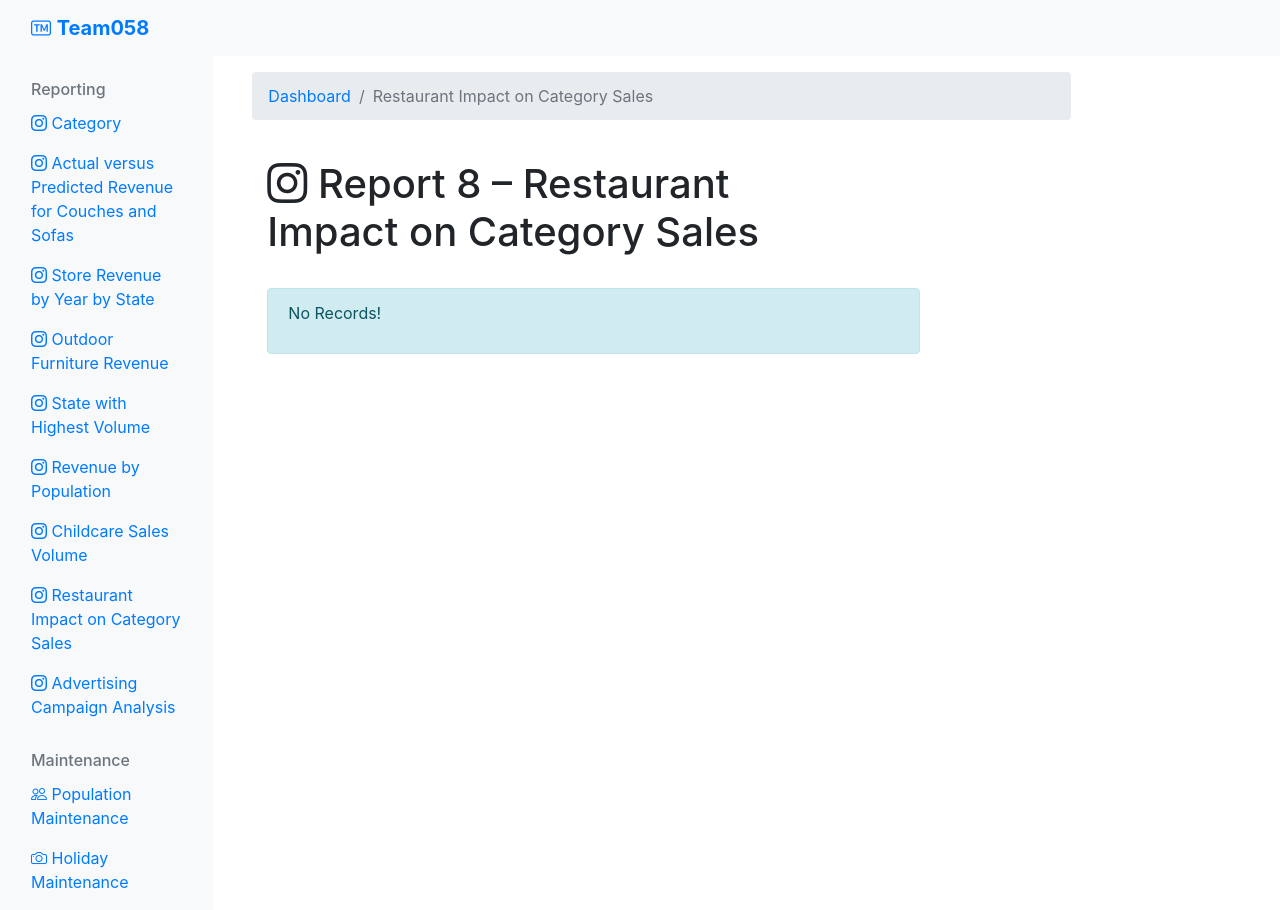
Repository: tex216/Relational-Database-Design-for-Sales-Reporting-System
Page: http://localhost/reporting/report8_restaurant_impact_on_category_sales/
These files come from the project's save history. The page is drawn as it stood at one moment and after the next save; the edit follows.
The browser window is 1280 px wide. The pictures show the whole page.
Some web libraries are served in a nearby version. The page is served by the project's application, run on Django 3.2 (manage.py). Queries for data that is not in the repository find no rows.

Above is the page before, as saved 2021-04-03 19:55:42.

After the next save:
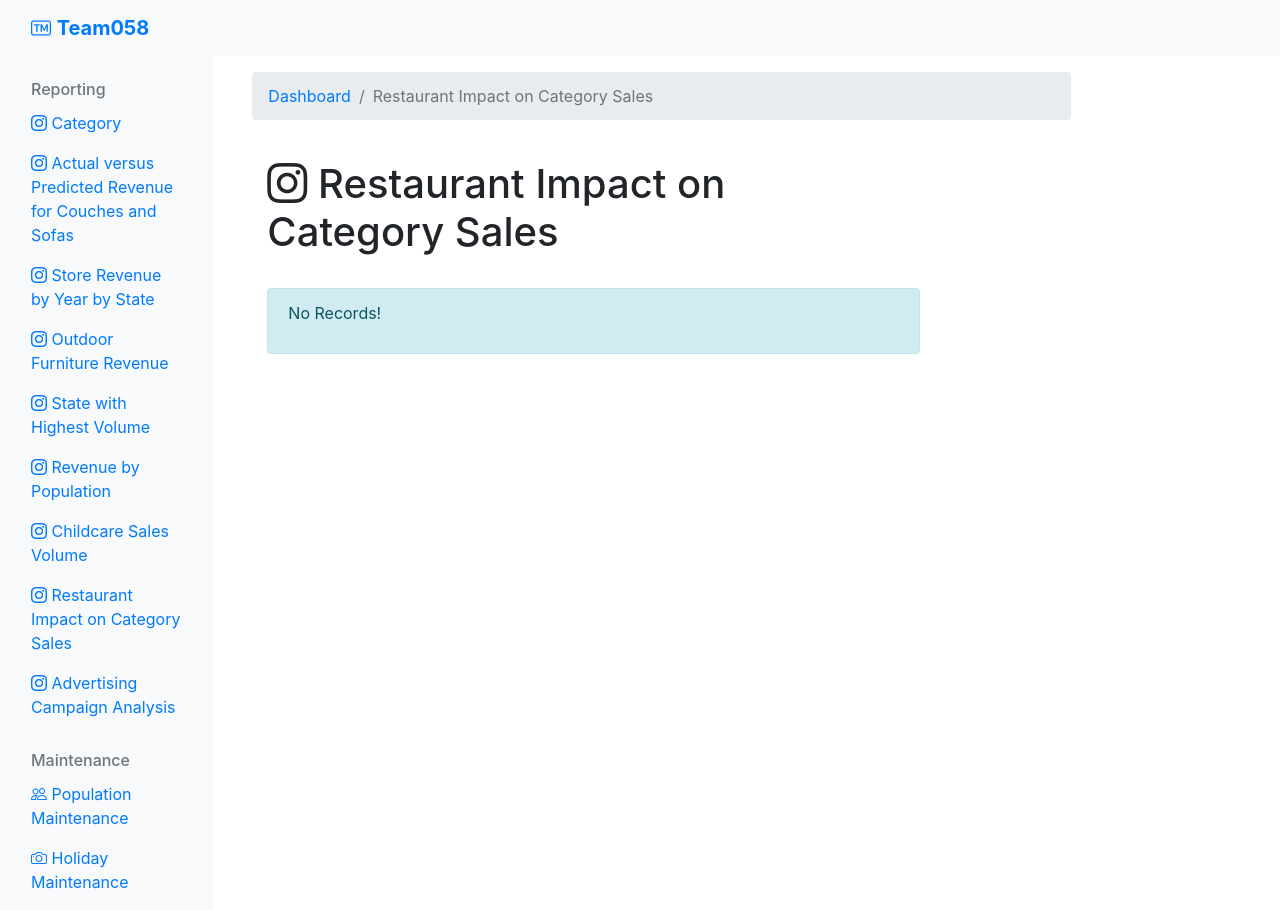
Saved 13 s later.
--- a/mren40/LSRS/reporting/templates/reporting/report8_restaurant_impact_on_category_sales.html
+++ b/mren40/LSRS/reporting/templates/reporting/report8_restaurant_impact_on_category_sales.html
@@ -28,7 +28,7 @@
             <div class="align-items-center bg-purple rounded ">
                 <h1 class="col-md-8">
                     <i class="bi bi-instagram"></i>
-                    <p2>Report 8 – Restaurant Impact on Category Sales</p2>
+                    <p2>Restaurant Impact on Category Sales</p2>
                 </h1>
             </div>
 
